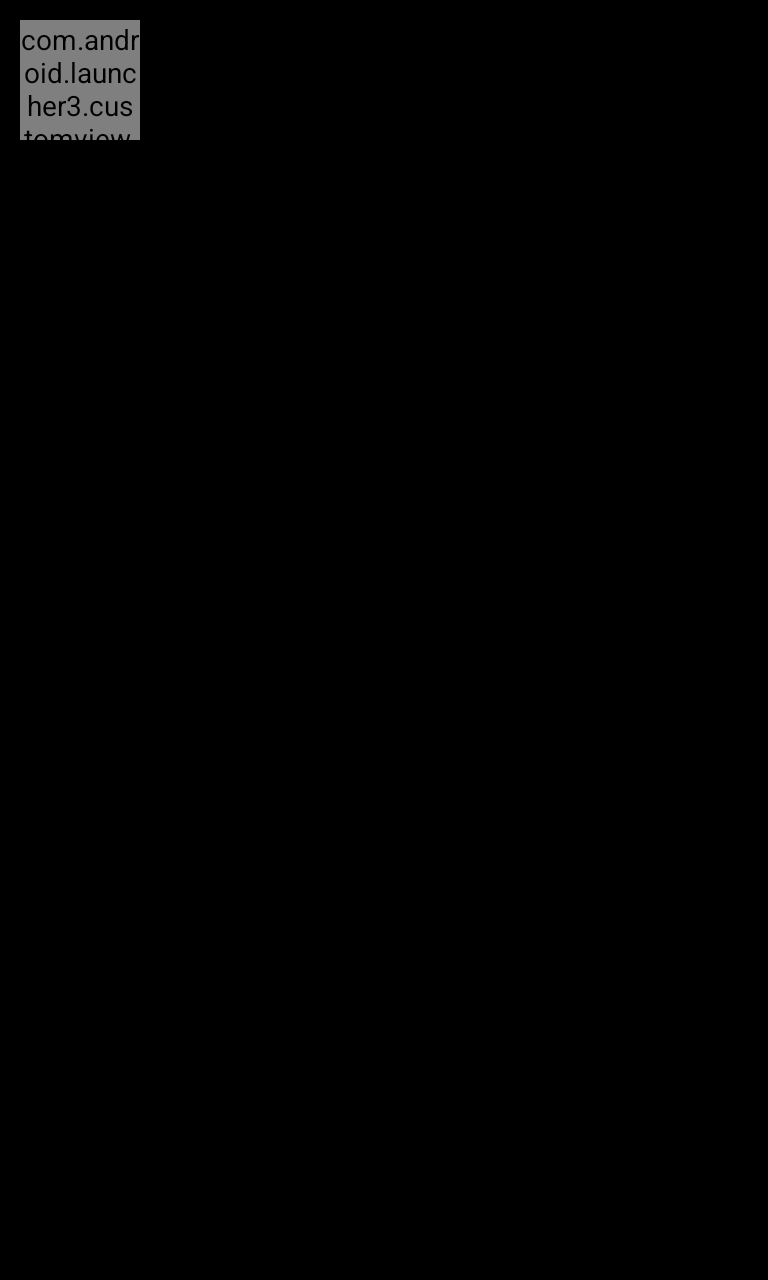
Repository: Nghicv/btl_cac_van_de_hien_dai_cntt
Layout: Launcher3/res/layout/grid_item.xml
An editor plug-in stored every save of this project. The layout is shown before and after the next save, followed by the edit.
Pictures or frames that could not be fetched are drawn as grey boxes. It is drawn on a 768 x 1280 px phone screen (xhdpi) without system bars, with theme android:Theme.Holo; the app's code is not run.

Above is the layout before, as saved 2015-12-08 10:49:18.

### Launcher3/res/layout/grid_item.xml
<FrameLayout xmlns:android="http://schemas.android.com/apk/res/android"
    xmlns:tools="http://schemas.android.com/tools"
    android:layout_width="match_parent"
    android:layout_height="match_parent"
    android:padding="10dp"
    android:layout_gravity="center">

    <com.android.launcher3.customview.SquareImageView
        android:id="@+id/image"
        android:layout_width="60dp"
        android:layout_height="60dp"
        android:scaleType="centerCrop"
        android:src="@drawable/empty_photo" />
</FrameLayout>

After the next save:
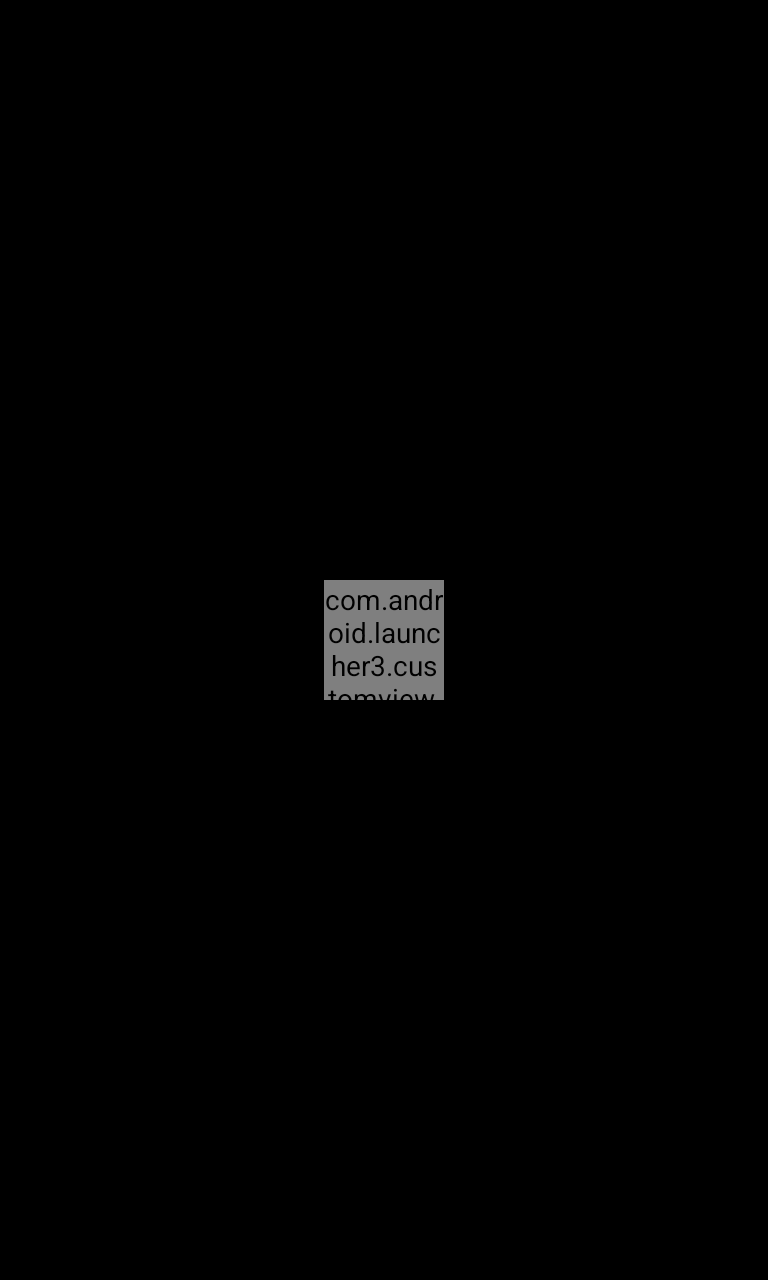
Saved 14 s later.
--- a/Launcher3/res/layout/grid_item.xml
+++ b/Launcher3/res/layout/grid_item.xml
@@ -10,5 +10,6 @@
         android:layout_width="60dp"
         android:layout_height="60dp"
         android:scaleType="centerCrop"
-        android:src="@drawable/empty_photo" />
+        android:src="@drawable/empty_photo"
+        android:layout_gravity="center"/>
 </FrameLayout>
